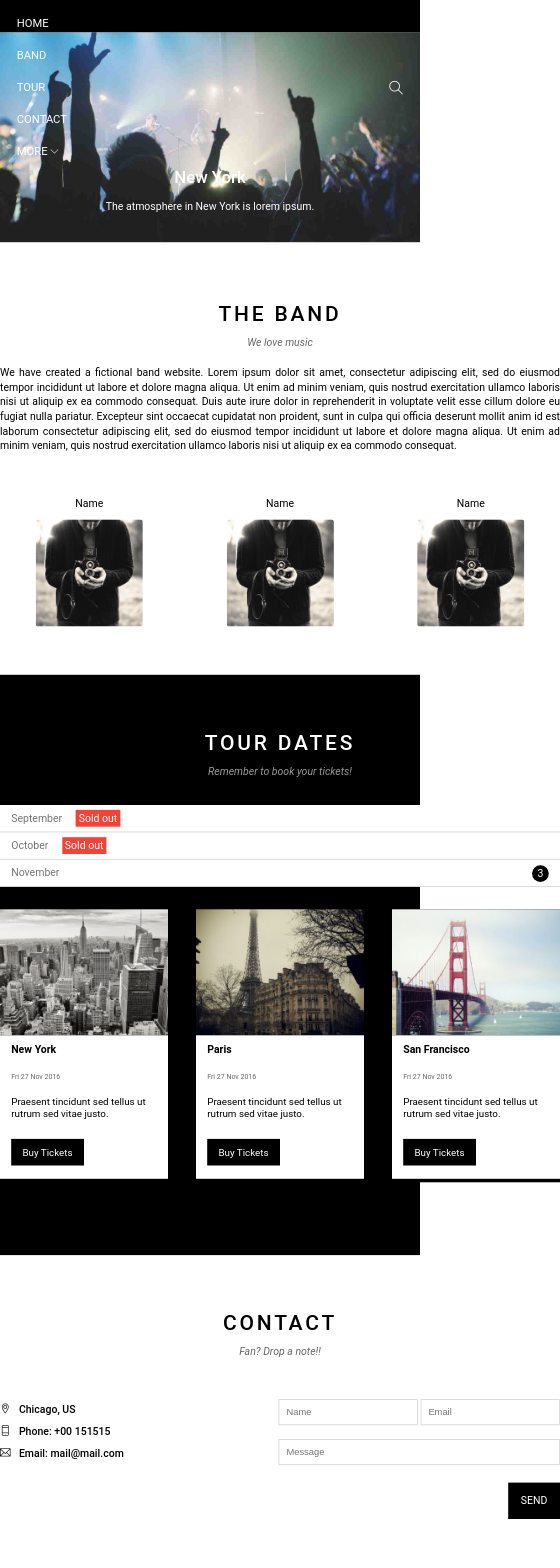
Repository: vuongld315/myLandingPage
Page: index.html
The author's editor kept a copy of each file at every save. The page is drawn from the files as they stood at one save, then again after a run of saves.
The browser window is 600 px wide. The page is 800 px wide, so the pictures cover 800 px, including what lies to the right of the window. The pictures show the part of the page from y = 0 to 2240 px (the page is 2705 px tall), at 70% of full size.

Above is the page before, as saved 2022-07-29 12:57:47.

### index.html
<!DOCTYPE html>
<html lang="en">
<head>
    <meta charset="UTF-8">
    <meta http-equiv="X-UA-Compatible" content="IE=edge">
    <meta name="viewport" content="width=device-width, initial-scale=1.0">
    <title>Document</title>
    <link rel="stylesheet" href="./assets/css/base.css">
    <link rel="stylesheet" href="./assets/css/main.css">
    <link rel="stylesheet" href="./assets/css/responsive.css">
    <link rel="stylesheet" href="./assets/fonts/themify-icons/themify-icons.css">
</head>
<body>
    <div id="main">
        <div id="header">
            <div id="nav">
                <ul>
                    <li><a href="">Home</a></li>
                    <li><a href="">Band</a></li>
                    <li><a href="">Tour</a></li>
                    <li><a href="">Contact</a></li>
                    <li>
                        <a href="#">
                            More
                            <i class="nav-arrow-down ti-angle-down"></i>
                        </a>
                        <ul class="subnav">
                            <li><a href="">Merchadise</a></li>
                            <li><a href="">Extras</a></li>
                            <li><a href="">Media</a></li>
                        </ul>
                    </li>
                </ul>
            </div>
            <div class="search-btn">
                <i class="search-icon ti-search"></i>
            </div>
        </div>

        <div id="slider">
            <div class="slider-faded">
                <img src="/assets/img/slider1.jpg" alt="">
                <div class="text-content">
                    <h2 class="text-heading">Chicago</h2>
                    <div class="text-desciption">Thank you, Chicago - A night we won't forget.</div>
                </div>
            </div>
            <div class="slider-faded">
                <img src="/assets/img/slider2.jpg" alt="">
                <div class="text-content">
                    <h2 class="text-heading">Los Angeles</h2>
                    <div class="text-desciption">We had the best time playing at Venice Beach!</div>
                </div>
            </div>
            <div class="slider-faded">
                <img src="/assets/img/slider3.jpg" alt="">
                <div class="text-content">
                    <h2 class="text-heading">New York</h2>
                    <div class="text-desciption">The atmosphere in New York is lorem ipsum.</div>
                </div>
            </div>
        </div>
        <div id="content">
            <!-- About section -->
            <div class="content-section">
                <h2 class="section-heading">THE BAND</h2>
                <p class="section-sub-heading">We love music</p>
                <p class="about-text">We have created a fictional band website. Lorem ipsum dolor sit amet, consectetur adipiscing elit, sed do eiusmod tempor incididunt ut labore et dolore magna aliqua. Ut enim ad minim veniam, quis nostrud exercitation ullamco laboris nisi ut aliquip ex ea commodo consequat. Duis aute irure dolor in reprehenderit in voluptate velit esse cillum dolore eu fugiat nulla pariatur. Excepteur sint occaecat cupidatat non proident, sunt in culpa qui officia deserunt mollit anim id est laborum consectetur adipiscing elit, sed do eiusmod tempor incididunt ut labore et dolore magna aliqua. Ut enim ad minim veniam, quis nostrud exercitation ullamco laboris nisi ut aliquip ex ea commodo consequat.</p>
                <div class="member-list">
                    <div class="member-item">
                        <p class="member-name">Name</p>
                        <div class="member-img">
                          <img src="./assets/img/bandmember.jpg" alt="" class="member-avata">
                        </div>
                    </div>
                    <div class="member-item">
                        <p class="member-name">Name</p>
                        <div class="member-img">
                          <img src="./assets/img/bandmember.jpg" alt="" class="member-avata">
                        </div>
                    </div>
                    <div class="member-item">
                        <p class="member-name">Name</p>
                        <div class="member-img">
                          <img src="./assets/img/bandmember.jpg" alt="" class="member-avata">
                        </div>
                    </div>
                </div>
            </div>
            <!-- Tour-section -->
            <div class="tour-section" id = "section2">
                <div class="content-section">
                    <h2 class="section-heading text-white">TOUR DATES</h2>
                    <p class="section-sub-heading text-white">Remember to book your tickets!</p>
                    <ul class="ticket-list">
                        <li>September <span class="sold-out">Sold out</span></li>
                        <li>October <span class="sold-out">Sold out</span></li>
                        <li>November <span class="quantity">3</span></li>
                    </ul>
                    <div class="tour-list-items">
                        <div class="tour-list-item">
                            <img src="./assets/img/newyork.jpg" alt="" class="tour-item-img">
                            <div class="tour-list-container">
                                <h2 class="tour-item-country">New York</h2>
                                <div class="tour-list-time">Fri 27 Nov 2016</div>
                                <p class="tour-list-text">Praesent tincidunt sed tellus ut rutrum sed vitae justo.</p>
                                <a href="#section2" class="tour-list-buttom text-white">Buy Tickets</a>
                            </div>
                        </div>
                        <div class="tour-list-item">
                            <img src="./assets/img/paris.jpg" alt="" class="tour-item-img">
                            <div class="tour-list-container">
                                <h2 class="tour-item-country">Paris</h2>
                                <div class="tour-list-time">Fri 27 Nov 2016</div>
                                <p class="tour-list-text">Praesent tincidunt sed tellus ut rutrum sed vitae justo.</p>
                                <a href="#section2" class="tour-list-buttom text-white">Buy Tickets</a>
                            </div>
                        </div>
                        <div class="tour-list-item">
                            <img src="./assets/img/sanfran.jpg" alt="" class="tour-item-img">
                            <div class="tour-list-container">
                                <h2 class="tour-item-country">San Francisco</h2>
                                <div class="tour-list-time">Fri 27 Nov 2016</div>
                                <p class="tour-list-text">Praesent tincidunt sed tellus ut rutrum sed vitae justo.</p>
                                <a href="#section2" class="tour-list-buttom text-white">Buy Tickets</a>
                            </div>
                        </div>
                    </div>
                </div>
            </div>
            <!-- modal -->
            <div class="modal">
                <div class="modal-container">
                    <div class="modal-close">
                        <i class="ti-close"></i>
                    </div>
                    <div class="modal-header text-white">
                        <i class="ti-bag">
                            Tickets
                        </i>
                    </div>
                    <div class="modal-body">
                        <label for="ticket-quantity" class="modal-label">
                            <i class="ti-shopping-cart"></i>
                            Tickets, $15 per person
                        </label>
                        <input id="ticket-quantity" type="text" class="modal-input" placeholder="How many">
                        <label for="ticket-email" class="modal-label">
                            <i class="ti-user"></i>
                            Send To
                        </label>
                        <input id="ticket-email" type="text" class="modal-input" placeholder="Enter email">
                        <button id="buy-tickets">
                            Pay
                            <i class="ti-check"></i>
                        </button>
                    </div>
                    <div class="modal-footer">
                        <p class="modal-help">Need <a href="">help</a></p>
                    </div>
                </div>
            </div>
             <!-- Contact-section -->
            <div class="content-section">
                <h2 class="section-heading">CONTACT</h2>
                <p class="section-sub-heading">Fan? Drop a note!!</p>
                <div class="row">
                    <div class="col col-half">
                        <p><i class="ti-location-pin"></i>Chicago, US</p>
                        <p><i class="ti-mobile"></i>Phone: +00 151515</p>
                        <p><i class="ti-email"></i>Email: mail@mail.com</p>
                    </div>
                    <div class="col col-half">
                        <div class="col col-half-input">
                            <input type="text" placeholder="Name">
                            <input type="text" placeholder="Email">
                        </div>
                        <div class="col col-half-input-3">
                            <input type="text" placeholder="Message">
                        </div>
                    </div>
                </div>
                <div class="contact-button">
                   <p>SEND</p>
                </div>
            </div>
        </div>

        <div id="footer">
            <img src="./assets/img/map.jpg" alt="">
            <div class="footer-icon">
                <div class="footer-icon-list">
                    <div class="footer-icon-item">
                        <i class = "ti-facebook"></i>
                    </div>
                    <div class="footer-icon-item">
                        <i class = "ti-instagram"></i>
                    </div>
                    <div class="footer-icon-item">
                        <i class = "ti-dropbox"></i>
                    </div>
                    <div class="footer-icon-item">
                        <i class = "ti-twitter"></i>
                    </div>
                    <div class="footer-icon-item">
                        <i class = "ti-pinterest-alt"></i>
                    </div>
                    <div class="footer-icon-item">
                        <i class = "ti-linkedin"></i>
                    </div>
                </div>
            </div>
        </div>
    </div>
    <script src="./main.js"></script>
</body>
</html>

### assets/css/base.css
*   {
    box-sizing: inherit;
}

body    {
    padding-bottom:100px ;
}

html    {
    font-size: 62.5%;
    line-height: 1.6rem;
    font-family: 'Roboto', sans-serif;
    box-sizing: border-box;
}

.gird   {
    width: 1200px;
    max-width: 100%;
    margin: 0 auto;
}

.gird__full-width   {
    width: 100%;
}

.gird__row  {
    display: flex;
    flex-wrap: wrap;
}

### assets/css/main.css
body    {
    margin: 0;
    padding: 0;
}

#header {
    height: 46px;
    background-color: #000;
    display: flex;
    align-items: center;
    justify-content: space-between;
    position: fixed;
    top: 0;
    right: 0;
    left: 0;
    z-index: 1;
}

#nav ul {
    padding: 0;
}

#nav ul li {
    display: inline-block;
    position: relative;
}

#nav > ul > li > a   {
    color: #fff;
    text-transform: uppercase;
    padding: 0 24px;
    line-height: 46px;
    display: inline-block;
    text-decoration: none;
    font-size: 1.6rem;
}

#nav .subnav li:hover,
#nav > ul > li:hover > a {
    color:#000;
    background-color: #ccc;

}

#nav > ul > li:hover .subnav    {
    display: block;
}

#nav .subnav    {
    display: none;
    position: absolute;
    background-color: #fff;
    width: 160px;
    box-shadow: 0 0 10px rgba(0 ,0 ,0 , .3);
}

#nav .subnav li {
    width: 100%;
    list-style: none;
    padding: 12px;

}

#nav .subnav a  {
    color: #000;
    font-size: 1.4rem;
}

.nav-arrow-down {
    font-size: 1.2rem;
}

#header .search-btn {
    font-size: 20px;
    color: #fff;
    padding: 13px 24px;
    height: 100%;
}

#header .search-btn:hover   {
    background-color: #f44336;
    cursor: pointer;
}

#slider {
    margin-top: 46px;
    position: relative;
    width: 100%;
}

.slider-faded img   {
    width: 100%;
}

.text-content  {
    position: absolute;
    color: #fff;
    bottom: 48px;
    width: 100%;
    text-align: center;
}

.text-heading   {
    font-weight: 500;
    font-size: 24px;
}

.text-desciption    {
    font-size: 15px;
    margin-top: 25px;
}
.text-white {
    color: #fff !important;
}

/* about section */

#content .content-section   {
    width: 800px;
    margin: 0 auto;
    padding: 64px 0;
}

#content .content-section .section-heading  {
    font-size: 30px;
    font-weight: 500;
    text-align: center;
    letter-spacing: 4px;
}

#content .content-section .section-sub-heading  {
    font-size: 15px;
    text-align: center;
    margin-top: 25px;
    font-style: italic;
    opacity: 0.6;
}

#content .content-section .about-text   {
    text-align: justify;
    font-size: 15px;
    margin-top: 25px;
    line-height: 1.4;
}

#content .content-section .member-list  {
    margin-top: 48px;
    display: flex;
    justify-content: space-between;
    align-items: center;
}

#content .content-section .member-name  {
    font-size: 15px;
    text-align: center;
}

#content .content-section .member-img   {
    text-align: center;
}

#content .content-section .member-avata {
    width: 60%;
    border-radius: 4px;
}


/* tour section */

#content .tour-section  {
    background-color: #000;
}

#content .tour-section .ticket-list {
    background-color: #fff;
    margin-top: 40px;
    padding: 0;
}

#content .tour-section .ticket-list > li    {
    list-style: none;
    font-size: 15px;
    padding: 11px 16px;
    margin-left: 0;
    border-bottom: 1px solid #ccc;
    color: #757575;
}

#content .tour-section .ticket-list .sold-out   {
    background-color: #f44336;
    color: #fff;
    padding: 3px 4px;
    margin-left: 16px;
}

#content .tour-section .ticket-list .quantity   {
    float: right;
    width: 24px;
    height: 24px;
    background-color: #000;
    color: #fff;
    border-radius: 50%;
    text-align: center;
    line-height: 24px;
    margin-top: -3px;
}

#content .tour-section .tour-list-items  {
    background-color: #000;
    display: flex;
    justify-content: space-between;
    margin-top: 32px;
}

#content .tour-section .tour-list-item {
    width: 30%;
    height: 390px;
    display: flex;
    flex-direction: column;
}

/* <!-- Tour-section */
.tour-list-items    {
    margin-bottom: 40px;
}

.tour-item-img  {
    width: 100%;
}

.tour-item-img:hover    {
    opacity: 0.6;
}

.tour-list-container    {
    padding-left: 16px;
    background-color: #fff;
    height: 205px;
}

.tour-list-time {
    opacity: 0.6;
    padding: 10px 0 20px;
}

.tour-list-text {
    font-size: 1.4rem;
    margin-top: 0;
}

.tour-list-buttom   {
    padding: 11px 16px;
    text-decoration: none;
    background-color: #000;
    font-size: 1.4rem;
    margin-top: 15px;
    display: inline-block;

}

.tour-list-buttom:hover   {
    opacity: 0.6;
}

.modal  {
    position: fixed;
    top: 0;
    left: 0;
    bottom: 0;
    right: 0;
    background-color: rgba(0 ,0 ,0 , .4);
    display: none;
    justify-content: center;
    align-items: center;
}

.open   {
    display: flex;
}

.modal-container    {
    background-color: #fff;
    width: 900px;
    max-width: calc(100%-32px);
    min-height: 200px;
    position: relative;
}

.modal-close    {
    position: absolute;
    right: 0;
    top: 0;
    color: #ccc;
    padding: 12px;
    cursor: pointer;
}

.modal-close:hover  {
    opacity: 0.8;
    background-color: #757575;
}

.modal-header   {
    background-color: #009688;
    height: 130px;
    display: flex;
    justify-content: center;
    align-items: center;
    font-size: 30px;
    letter-spacing: 4px;
}

.modal-body {
    height: 240px;
    display: flex;
    flex-direction: column;
    padding: 0 16px;
    justify-content: space-around;
    margin-bottom: 40px;
}

.modal-label    {
    font-size: 1.5rem;
    font-weight: 500;
    margin-top: 18px;
}

.modal-input    {
    padding: 10px;
    font-size: 15px;
    border: 1px solid #ccc;
    margin-bottom: 20px;
}

#buy-tickets    {
    background-color: #009688;
    border: none;
    color: #fff;
    font-size: 15px;
    text-transform: uppercase;
    padding: 18px;
}

#buy-tickets:hover  {
    opacity: 0.8;
    cursor: pointer;
}

.modal-footer  {
    text-align: right;
    padding: 0 16px;
    font-size: 1.5rem;
    padding-bottom: 16px;
}

.modal-footer a     {
    color: #2196F3;
}

.row    {
    display: flex;
    justify-content: space-between;
    margin-top: 50px;
}

.col-half   {
    font-size: 1.5rem;
    font-weight: 500;
}

.col-half i {
    margin-right: 12px;
}

.col-half input {
    padding: 10px;
    margin: 10px 0;
    border: 1px solid #ccc;
}

.col-half-input-3 input   {
    width: 100%;
}

.contact-button p {
    font-size: 15px;
    padding: 18px;
    background-color: #000;
    color:#fff;
    display: block;
    float: right;
}

#footer {
    margin-top: 110px;
    margin-bottom: 70px;
    height: inherit;
}

#footer img{
    width: 100%;
}

.footer-icon-list   {
    display: flex;
}

### assets/css/responsive.css
/* PC */

@media (min-width: 1024px)  {

}


/* Tablet */

@media (min-width: 740px) and (max-width: 1023px)   {

}

/* Mobile */

@media (max-width: 740px)   {
    #header     {
        flex-wrap: wrap;
    }


   #nav > ul > li    {
        display: block;
    }

    #slider {
        width: 100%;
    }
}

### main.js
// slide
var slideIndex = 0;
var slides = document.querySelectorAll('.slider-faded');
function showSlides()   {
    for (var i = 0; i < slides.length; i++) {
        slides[i].style.display = "none";
    }
    slideIndex++;
    if (slideIndex > slides.length) {
        slideIndex = 1
    }
    slides[slideIndex-1].style.display = "block";
    setTimeout(showSlides, 2000);
}
showSlides();

// Open modal
var modal = document.querySelector('.modal');
var btns = document.querySelectorAll('.tour-list-buttom');
btns.forEach((btn,index) => {
    btn.onclick = function () {
        modal.style.display = "flex";
    }
})

// close modal
var close = modal.querySelector('.modal-close');
close.onclick = function () {
    modal.style.display = "none";
}
window.onclick = function (e)   {
    if (e.target == modal)  {
        modal.style.display = "none";
    }
}

Loaded but not shown: assets/fonts/themify-icons/themify-icons.css (common file)

After the next 3 saves:
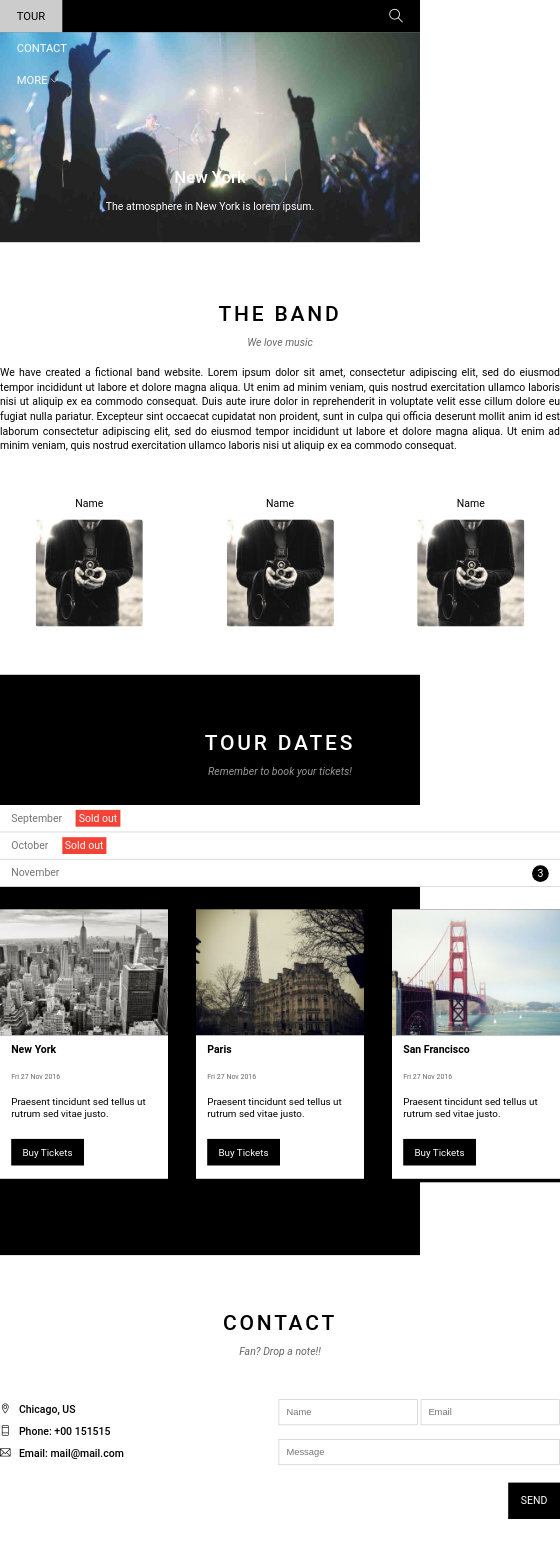
The 3 saves are shown as one change because they came seconds apart.
The last was saved 2 min 12 s later.
--- a/assets/css/responsive.css
+++ b/assets/css/responsive.css
@@ -15,7 +15,7 @@
 
 @media (max-width: 740px)   {
     #header     {
-        flex-wrap: wrap;
+      height: ;
     }
 
 
